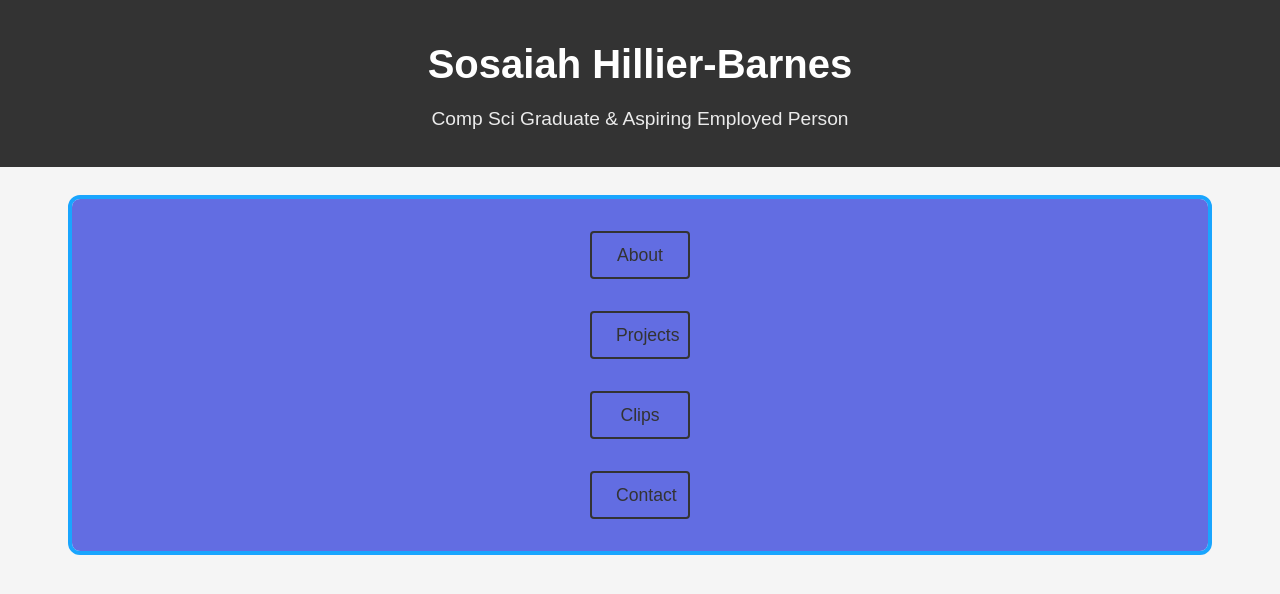
Repository: Hillier-Barnes/PortfolioWebsiteNew
Page: /
These files come from the project's save history. The page is drawn as it stood at one moment and after a run of saves; the edit follows.
The browser window is 1280 px wide. The pictures show the whole page.
The project was rebuilt for these pictures with package versions that can differ from the ones it lists, and the page was loaded fresh each time. Also part of the build but not shown: vite.config.js.

Above is the page before, as saved 2025-11-12 14:39:42.

After the next 2 saves:
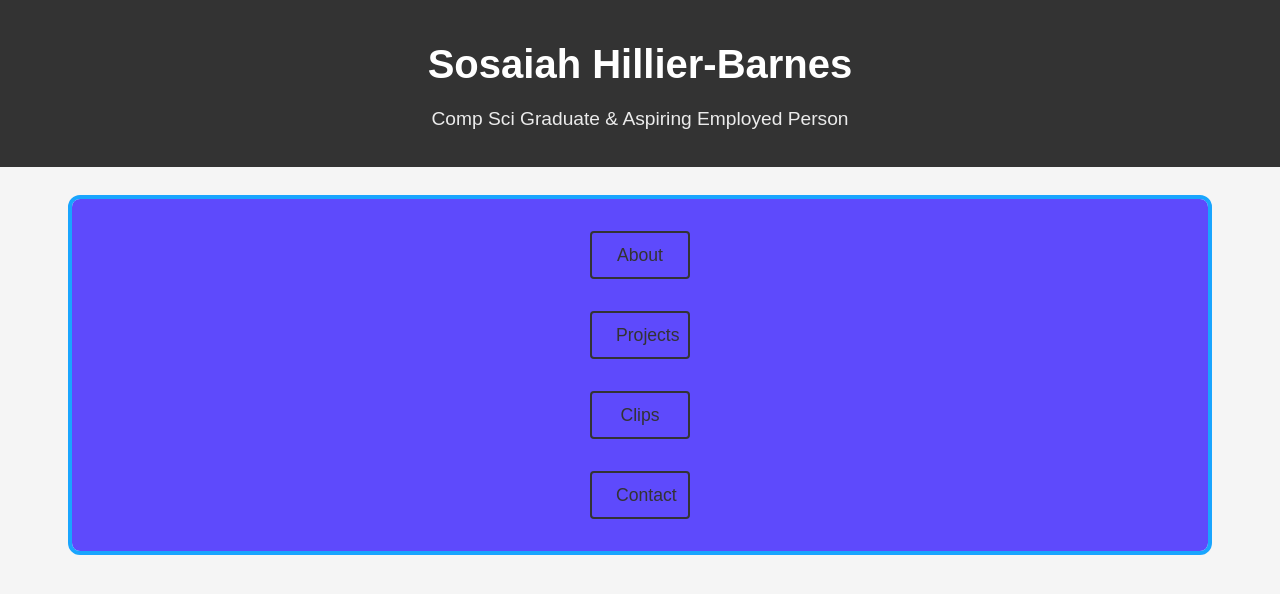
The 2 saves are shown as one change because they came seconds apart.
The last was saved 15 s later.
--- a/styles.css
+++ b/styles.css
@@ -44,7 +44,7 @@ nav {
   align-items: center;
   gap: 2rem;
   padding: 2rem;
-  background-color: rgba(48, 62, 220, 0.74);
+  background-color: rgba(43, 16, 255, 0.74);
   border-radius: 8px;
   outline: 4px solid rgba(11, 161, 255, 0.936);
 }
